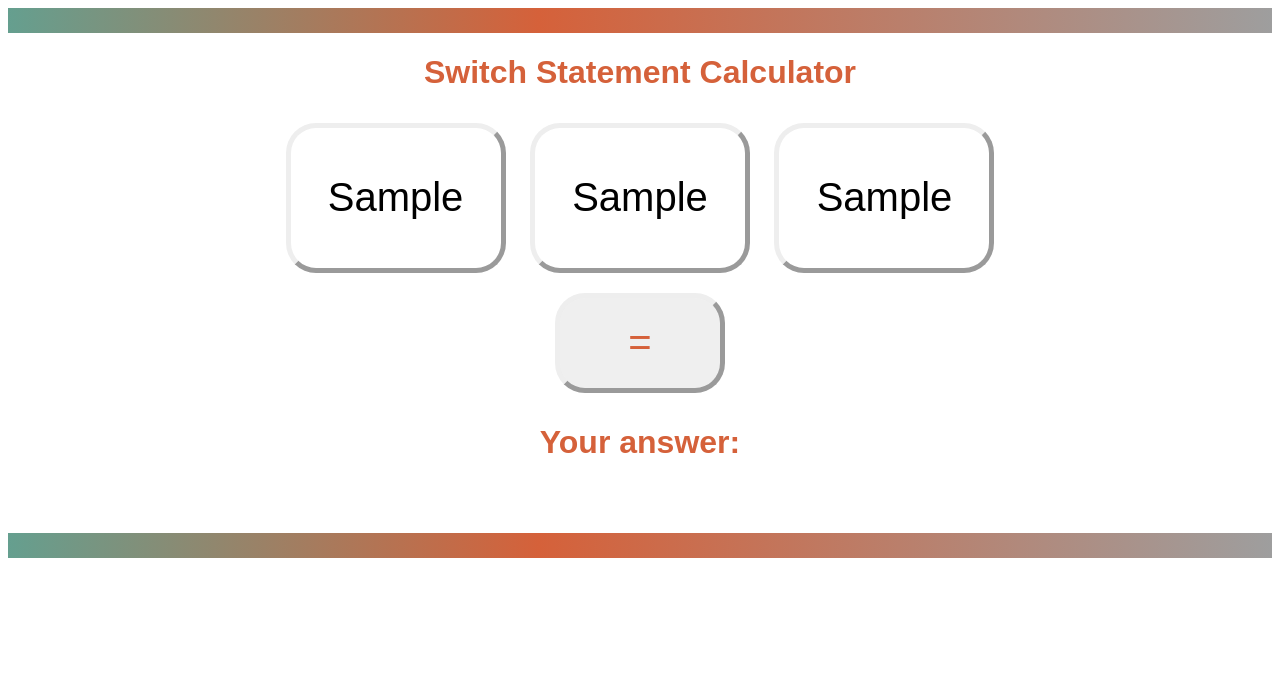
Repository: WesleyErasmus/threeInputCalculator
Page: html/switch-calculator.html
These files come from the project's save history. The page is drawn as it stood at one moment and after the next save; the edit follows.
The browser window is 1280 px wide. The pictures show the whole page.
Empty fields were first filled with sample values (such as "Sample", 5 or name@example.com).
After loading, the first visible `button` was clicked once.

Above is the page before, as saved 2022-04-28 17:28:24.
Console error: SyntaxError: Unexpected identifier 'alert'

After the next save:
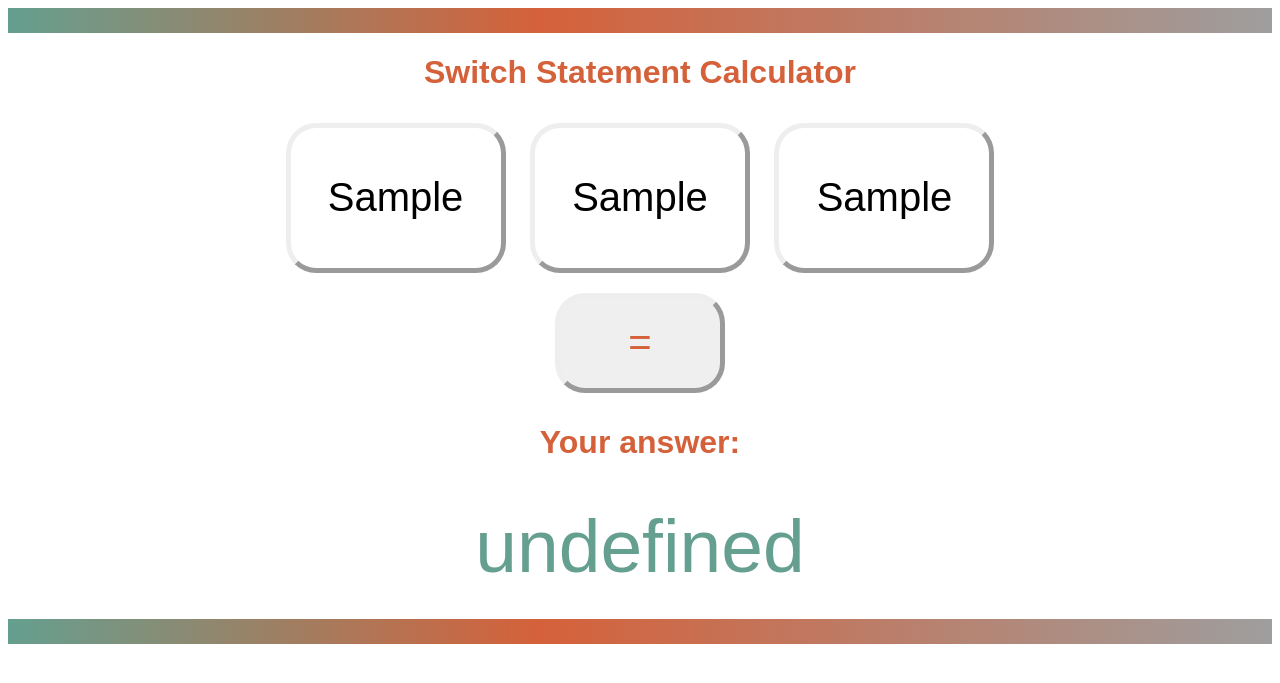
The error is gone.
Saved 17 s later.
--- a/js/switch-calculator.js
+++ b/js/switch-calculator.js
@@ -11,9 +11,9 @@ const finalOutput = document.getElementById("output");
 let answer;
 
 function sum() {
+    alert('Hello!');
+switch(operator) {
 
-switch(operator) {
-    alert('Hello!')
         case "+" :
         answer = num1 + num2;
         finalOutput.innerHTML = answer;
